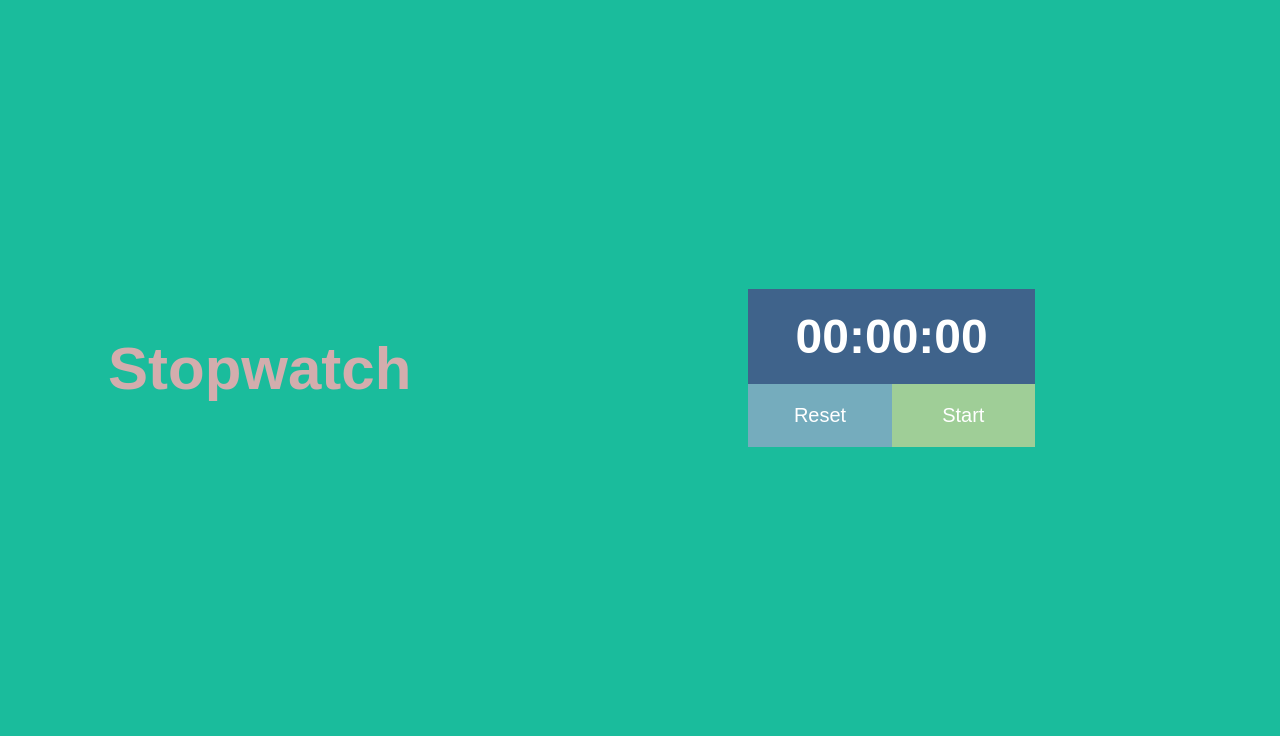
Repository: pilar122/stopwatch
Page: index.html
An editor plug-in stored every save of this project. The page is shown before and after the next save, followed by the edit.
The browser window is 1280 px wide. The pictures show the whole page.

Above is the page before, as saved 2022-06-19 12:54:55.

After the next save:
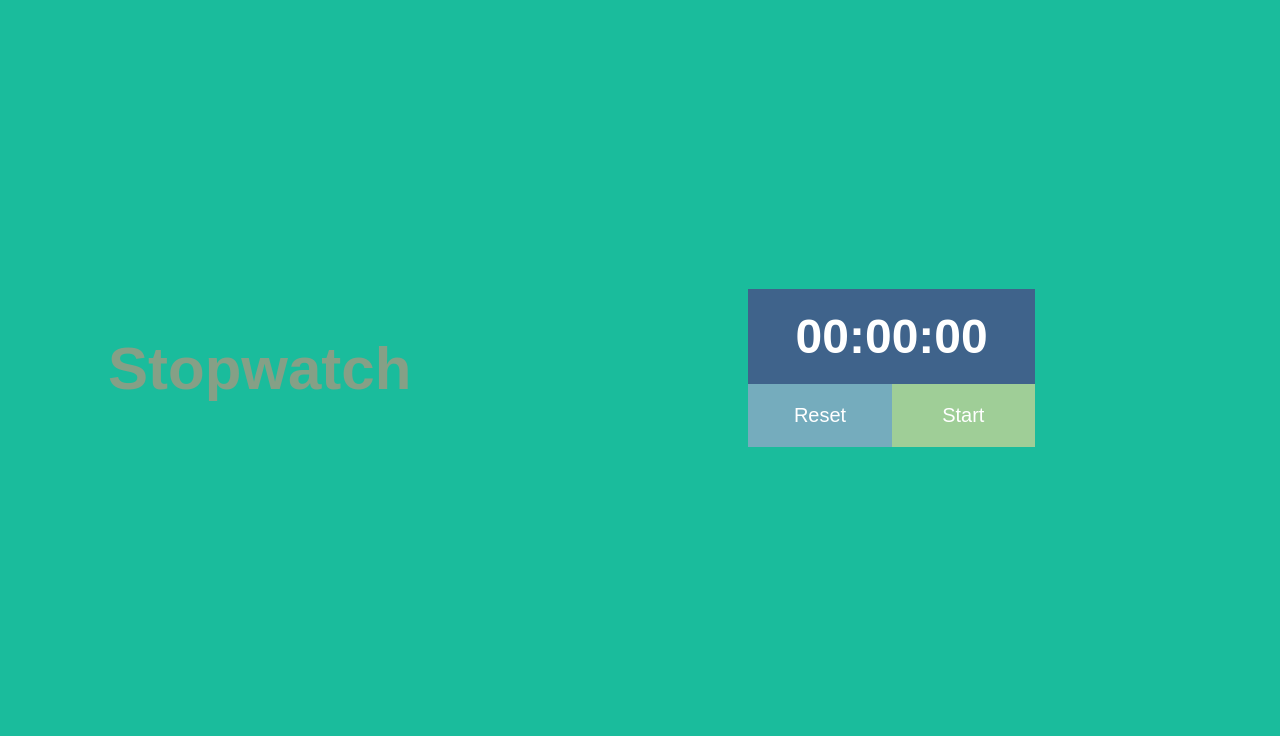
Saved 13 s later.
--- a/stopwatch.css
+++ b/stopwatch.css
@@ -54,7 +54,7 @@
   .header {
     padding: 100px;
     text-align: center;
-    color: #d3adad;
+    color: #85a086;
     font-size: 30px;
   }
 
